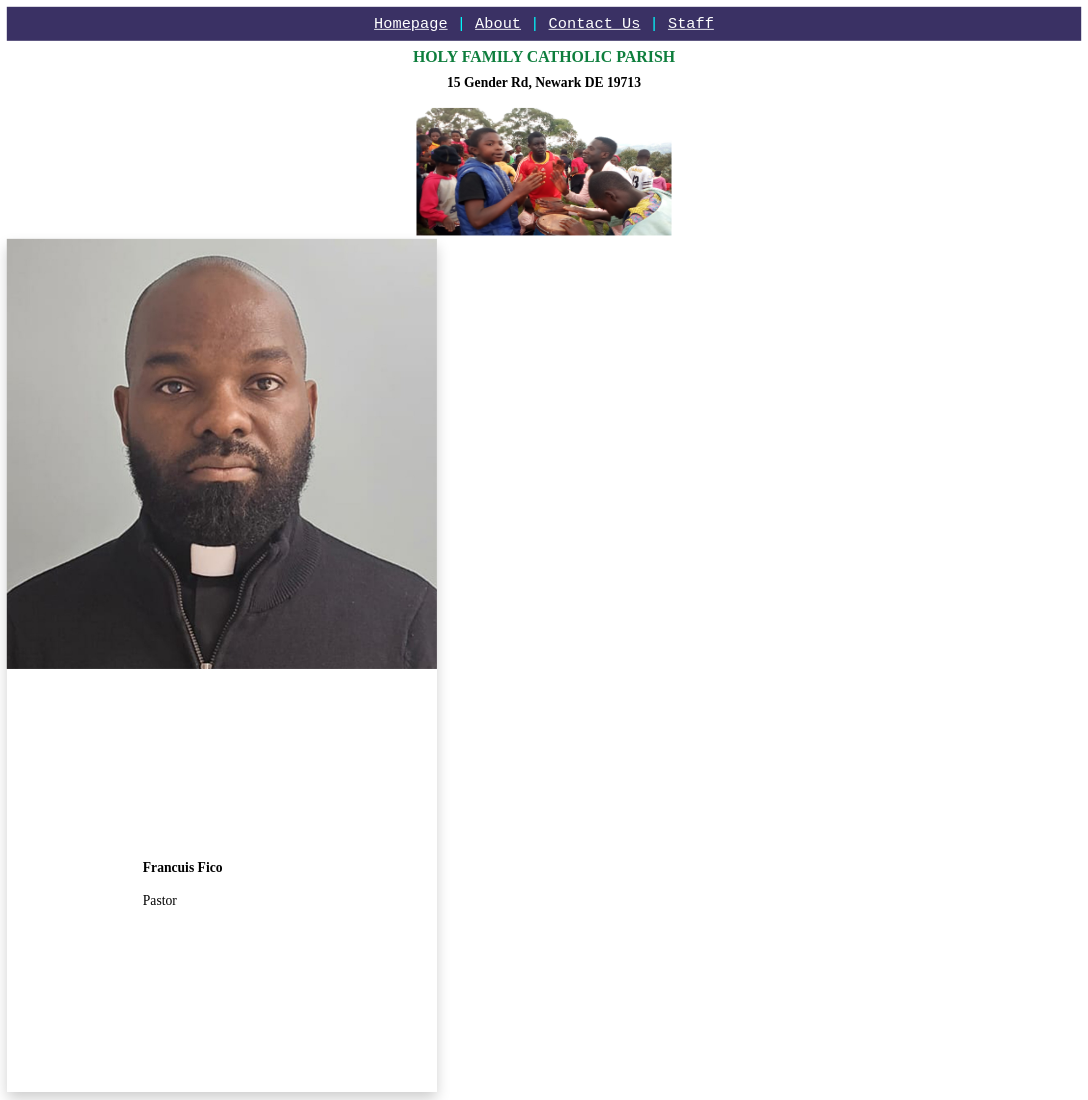
Repository: ficotims/HTML-RESTART
Page: Homepage.html
These files come from the project's save history. The page is drawn as it stood at one moment and after the next save; the edit follows.
The browser window is 1280 px wide. The pictures show the whole page, at 85% of full size.
The pointer rests on the first visible `.card`.

Above is the page before, as saved 2026-02-10 22:03:12.

After the next save:
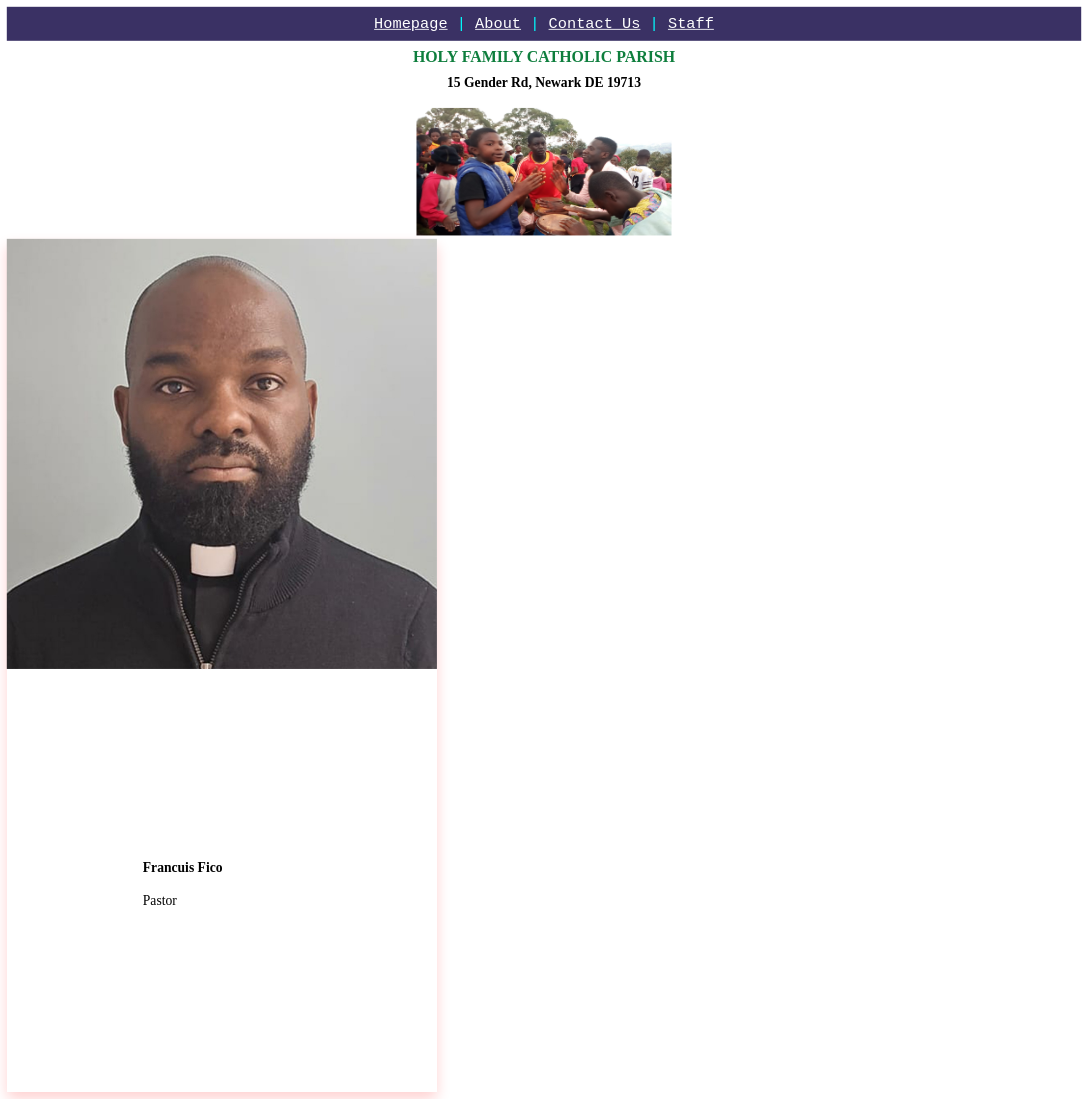
Saved 44 s later.
--- a/Homepage.html
+++ b/Homepage.html
@@ -11,7 +11,7 @@
 }
 
 .card:hover {
-  box-shadow: 0 8px 16px 0 rgba(0,0,0,0.2);
+  box-shadow: 0 8px 16px 0 rgba(255, 16, 16, 0.2);
 }
 
 .container {
